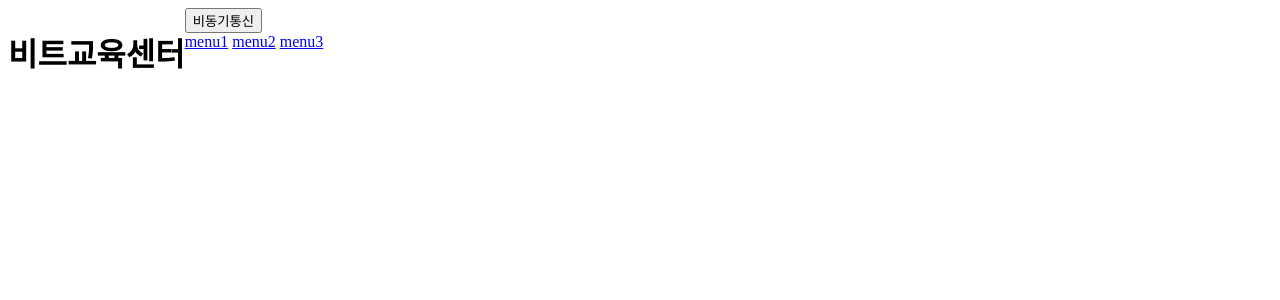
Repository: 2ket/workspace2
Page: web13/WebContent/index.html
The author's editor kept a copy of each file at every save. The page is drawn from the files as they stood at one save, then again after the next save.
The browser window is 1280 px wide. The pictures show the whole page.

Above is the page before, as saved 2019-06-07 07:07:25.

### web13/WebContent/index.html
<!DOCTYPE html>
<html>
<head>
<meta http-equiv="Content-Type" content="text/html; charset=UTF-8">
<title>Insert title here</title>
<style type="text/css">
	body>

	#header>h1{
		float:left;
	}
	#header>div{
		width:

	}
</style>
<script type="text/javascript">
	var btn;
	window.onload=function(){
		btn=document.querySelector("#header>div>button");
		btn.onclick=function(){
//			alert('click');

		};
	};
</script>
</head>
<body>
	<div id="header">
		<h1>비트교육센터</h1>
		<div>
			<button>비동기통신</button>
		</div>
	</div>
	<div id="menu">
		<a href="#">menu1</a>
		<a href="#">menu2</a>
		<a href="#">menu3</a>
	</div>
</body>
</html>

After the next save:
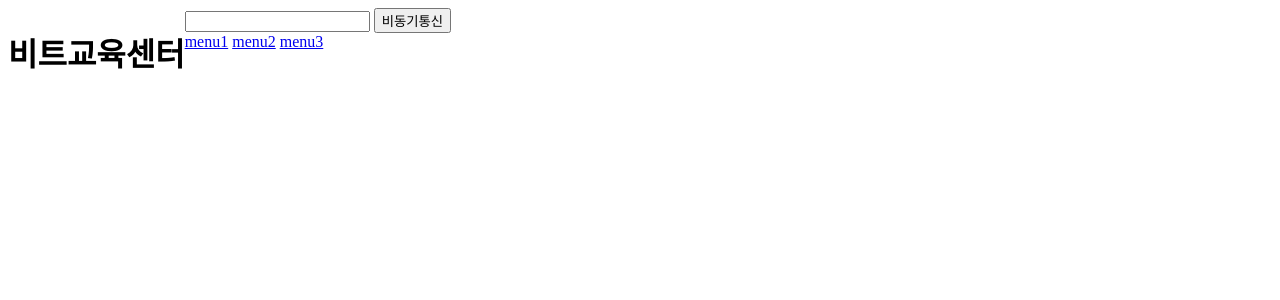
Saved 43 s later.
--- a/web13/WebContent/index.html
+++ b/web13/WebContent/index.html
@@ -29,6 +29,7 @@
 	<div id="header">
 		<h1>비트교육센터</h1>
 		<div>
+			<input type="text"/>
 			<button>비동기통신</button>
 		</div>
 	</div>
